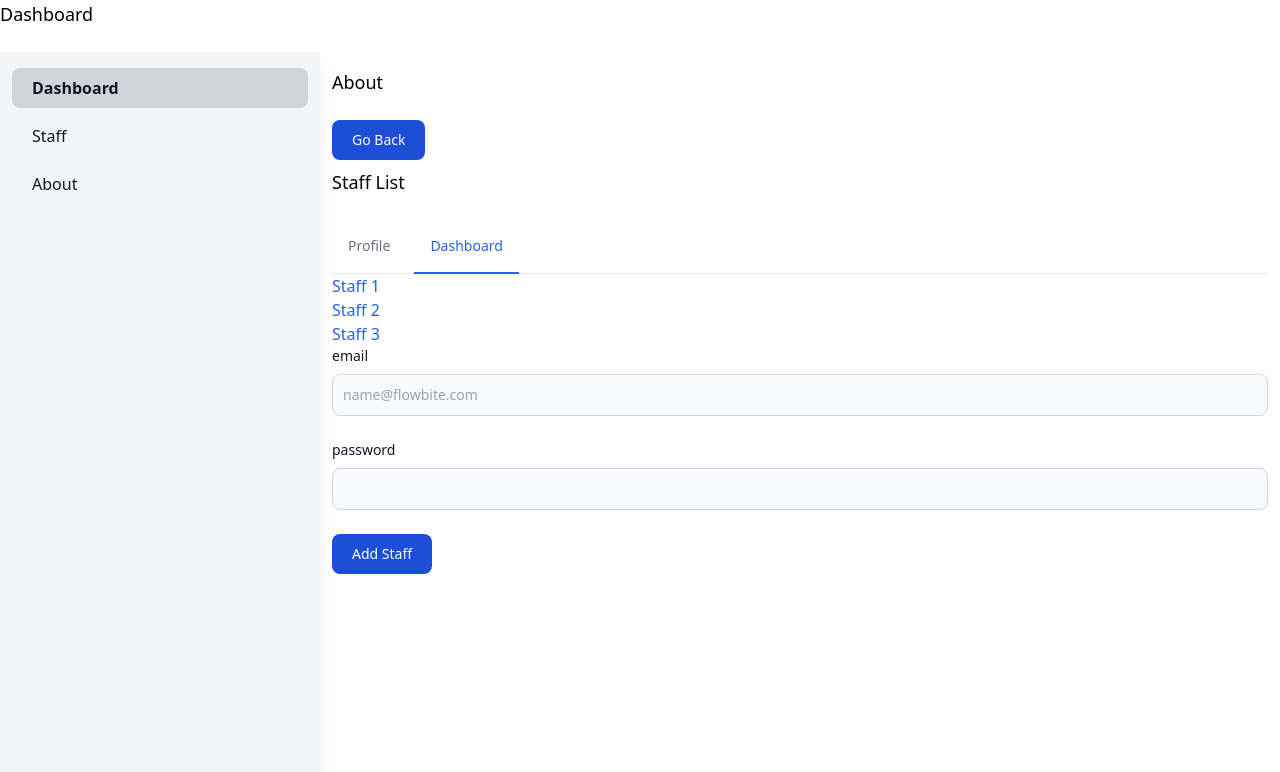
Repository: daohuyhoang9119/React-Router-6.4--Practice
Page: /
These files come from the project's save history. The page is drawn as it stood at one moment and after the next save; the edit follows.
The browser window is 1280 px wide. The pictures show the whole page.
The project was rebuilt for these pictures with package versions that can differ from the ones it lists, and the page was loaded fresh each time.

Above is the page before, as saved 2022-11-07 15:18:13.

After the next save:
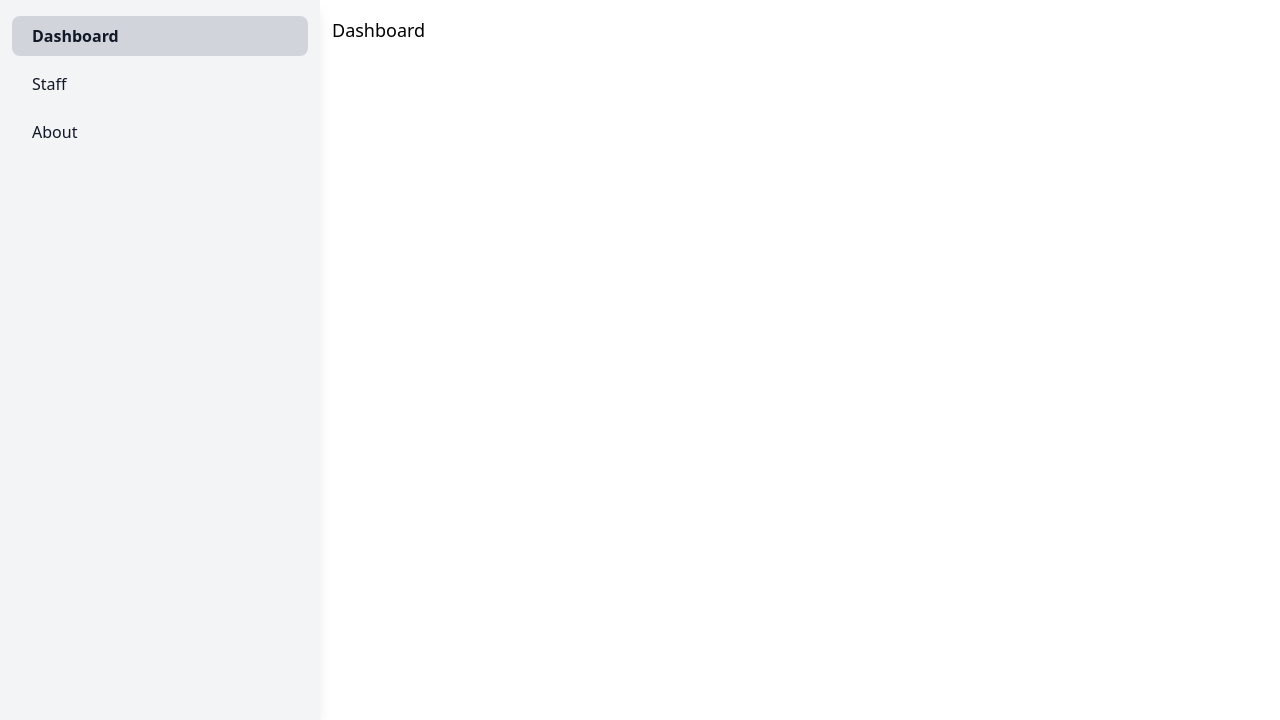
Saved 3 min 26 s later.
--- a/src/App.tsx
+++ b/src/App.tsx
@@ -7,14 +7,12 @@ import { BrowserRouter as Router, Route, Routes, Link } from 'react-router-dom'
 function App() {
   return (
     <div className='App'>
-      <Routes>
-        <Route path='/' element={<Dashboard />} />
-        <Route path='/about' element={<About />} />
-        <Route path='/staff' element={<StaffList />} />
-      </Routes>
       <MainLayout>
-        <About />
-        <StaffList />
+        <Routes>
+          <Route path='/' element={<Dashboard />} />
+          <Route path='/about' element={<About />} />
+          <Route path='/staff' element={<StaffList />} />
+        </Routes>
       </MainLayout>
     </div>
   )
